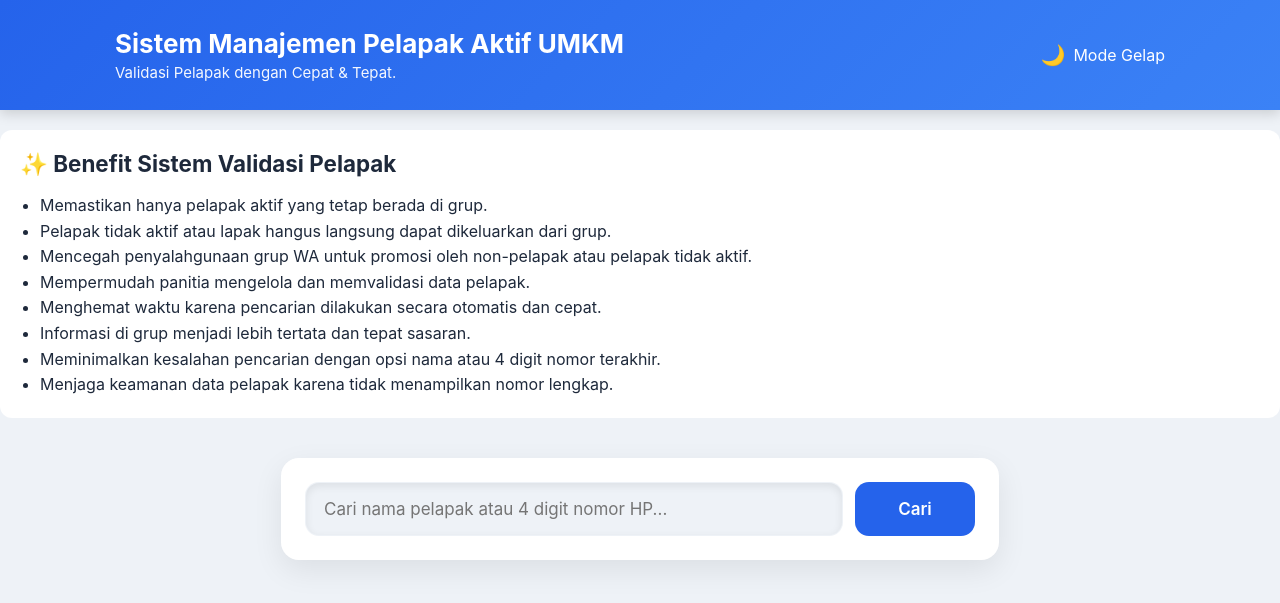
Repository: pasarrakyatbak/ceklapak
Page: index.html
The author's editor kept a copy of each file at every save. The page is drawn from the files as they stood at one save, then again after a run of saves.
The browser window is 1280 px wide. The pictures show the whole page.

Above is the page before, as saved 2025-11-19 06:45:17.

### index.html
<!DOCTYPE html>
<html lang="id">

<head>
    <meta charset="UTF-8" />
    <meta name="viewport" content="width=device-width, initial-scale=1.0" />
    <title>Pencarian Pelapak UMKM</title>
    <link rel="stylesheet" href="style.css" />
</head>

<body>
    <header>
        <div class="header-inner">
            <div class="header-text">
                <h1>Sistem Manajemen Pelapak Aktif UMKM</h1>
                <p class="desc">
                    Validasi Pelapak dengan Cepat & Tepat.
                </p>
            </div>

            <div class="controls">
                <label class="theme-toggle" aria-label="Toggle dark mode">
                    <input id="themeToggle" type="checkbox" />
                    <span class="toggle-icon">🌙</span>
                    <span class="toggle-text">Mode Gelap</span>
                </label>
            </div>
        </div>
    </header>
    <section class="benefit-section">
        <h2>✨ Benefit Sistem Validasi Pelapak</h2>
        <ul class="benefit-list">
            <li>Memastikan hanya pelapak aktif yang tetap berada di grup.</li>
            <li>Pelapak tidak aktif atau lapak hangus langsung dapat dikeluarkan dari grup.</li>
            <li>Mencegah penyalahgunaan grup WA untuk promosi oleh non-pelapak atau pelapak tidak aktif.</li>
            <li>Mempermudah panitia mengelola dan memvalidasi data pelapak.</li>
            <li>Menghemat waktu karena pencarian dilakukan secara otomatis dan cepat.</li>
            <li>Informasi di grup menjadi lebih tertata dan tepat sasaran.</li>
            <li>Meminimalkan kesalahan pencarian dengan opsi nama atau 4 digit nomor terakhir.</li>
            <li>Menjaga keamanan data pelapak karena tidak menampilkan nomor lengkap.</li>
        </ul>
    </section>

    <main>
        <section class="search-card">
            <div class="search-box">
                <input type="text" id="queryInput" placeholder="Cari nama pelapak atau 4 digit nomor HP..."
                    autocomplete="off" aria-label="Kolom pencarian pelapak" />
                <button id="searchBtn" aria-label="Tombol cari pelapak">Cari</button>
            </div>
        </section>

        <!-- RESULT BOX -->
        <section>
            <div id="resultBox" class="result-box hidden" role="region" aria-live="polite"></div>
        </section>

        <!-- LOADING SPINNER -->
        <div id="loader" class="loader hidden" aria-hidden="true"></div>

        <!-- SKELETON LOADING -->
        <div id="skeletonBox" class="skeleton-box hidden" aria-hidden="true">
            <div class="skeleton-item"></div>
            <div class="skeleton-item"></div>
            <div class="skeleton-item"></div>
        </div>
    </main>

    <script src="app.js"></script>
</body>

</html>

### style.css
/* === Color variables === */
:root {
    --bg: #eef2f7;
    --card: #ffffff;
    --text: #1e293b;
    --muted: #64748b;
    --primary: #2563eb;
    --primary-light: #3b82f6;
    --shadow: rgba(0, 0, 0, 0.08);

    --font-lg: 17px;
    --font-base: 16px;
    --font-sm: 14px;
}

body.dark {
    --bg: #0d1117;
    --card: #161b22;
    --text: #e5e7eb;
    --muted: #9ca3af;
    --primary: #3b82f6;
    --primary-light: #60a5fa;
    --shadow: rgba(0, 0, 0, 0.45);
}

/* === Base === */
* {
    margin: 0;
    padding: 0;
    box-sizing: border-box;
    font-family: "Inter", system-ui, sans-serif;
}

body {
    background: var(--bg);
    color: var(--text);
    transition: 0.3s ease;
    padding-bottom: 40px;
}

/* === Header === */
header {
    background: linear-gradient(135deg, var(--primary), var(--primary-light));
    padding: 28px 20px;
    color: white;
    box-shadow: 0 4px 12px rgba(0, 0, 0, 0.15);
}

.header-inner {
    max-width: 1050px;
    margin: auto;
    display: flex;
    justify-content: space-between;
    align-items: center;
}

header h1 {
    font-size: 26px;
    font-weight: 700;
}

.desc {
    font-size: 15px;
    opacity: 0.95;
    margin-top: 4px;
}

/* === Dark mode toggle === */
.theme-toggle {
    display: flex;
    align-items: center;
    gap: 8px;
    cursor: pointer;
    user-select: none;
}

.theme-toggle input {
    display: none;
}

.toggle-icon {
    font-size: 20px;
}

.toggle-text {
    font-size: 16px;
}

/* === Search Card === */
main {
    max-width: 750px;
    margin: 40px auto;
    padding: 0 16px;
}

.search-card {
    background: var(--card);
    padding: 24px;
    border-radius: 18px;
    box-shadow: 0 10px 30px var(--shadow);
    backdrop-filter: blur(4px);
}

/* search box */
.search-box {
    display: flex;
    gap: 12px;
}

.search-box input {
    flex: 1;
    padding: 16px 18px;
    border-radius: 14px;
    border: 1px solid transparent;
    background: var(--bg);
    color: var(--text);
    font-size: 17px;
    box-shadow: inset 0 3px 8px var(--shadow);
    transition: 0.2s;
}

.search-box input:focus {
    border-color: var(--primary);
    outline: none;
}

.search-box button {
    padding: 16px 20px;
    background: var(--primary);
    color: white;
    font-size: 17px;
    font-weight: 600;
    border: none;
    border-radius: 14px;
    cursor: pointer;
    transition: 0.2s;
    min-width: 120px;
}

.search-box button:hover {
    background: var(--primary-light);
    transform: translateY(-2px);
}

/* === Result Box === */
.result-box {
    margin-top: 28px;
}

/* result card improved */
.result-item {
    background: var(--card);
    padding: 22px;
    margin-bottom: 16px;
    border-radius: 16px;
    box-shadow: 0 6px 18px var(--shadow);
    border-left: 6px solid var(--primary);
    transition: 0.2s ease;
}

.result-item:hover {
    transform: translateY(-3px);
}

.result-item strong {
    color: var(--primary);
    font-size: 18px;
}

.result-item div {
    font-size: 17px;
    margin-bottom: 6px;
}

.small {
    margin-top: 6px;
    font-size: 15px;
    color: var(--muted);
}

.benefit-section {
    margin: 20px 0;
    padding: 20px;
    background: var(--card);
    border-radius: 12px;
    box-shadow: var(--shadow);
}

.benefit-section h2 {
    margin-bottom: 15px;
    font-size: 1.4rem;
}

.benefit-list {
    list-style: disc;
    margin-left: 20px;
    line-height: 1.6;
}

/* === BADGE STYLING === */
.badge {
    display: inline-block;
    padding: 6px 12px;
    border-radius: 10px;
    font-size: 15px;
    font-weight: 600;
    margin-left: 6px;
    color: white;
}

/* Light Mode Colors */
body:not(.dark) .badge-name {
    background: #1e40af;
    /* blue-800 */
}

body:not(.dark) .badge-wa {
    background: #166534;
    /* green-800 */
}

body:not(.dark) .badge-lapak {
    background: #334155;
    /* slate-700 */
}

/* Dark Mode Colors – dibuat sedikit lebih terang agar tetap terlihat */
body.dark .badge-name {
    background: #3b82f6;
    /* blue-500 */
}

body.dark .badge-wa {
    background: #22c55e;
    /* green-500 */
}

body.dark .badge-lapak {
    background: #64748b;
    /* slate-500 */
}

/* === Skeleton Loader === */
.skeleton-box {
    margin-top: 25px;
}

.skeleton-item {
    height: 90px;
    background: linear-gradient(90deg,
            var(--card) 0%,
            var(--bg) 50%,
            var(--card) 100%);
    background-size: 200% 100%;
    border-radius: 16px;
    margin-bottom: 16px;
    animation: shimmer 1.4s infinite;
}

@keyframes shimmer {
    0% {
        background-position: -200% 0;
    }

    100% {
        background-position: 200% 0;
    }
}

/* === Loader === */
.loader {
    width: 42px;
    height: 42px;
    border: 4px solid transparent;
    border-top-color: var(--primary);
    border-right-color: var(--primary-light);
    border-radius: 50%;
    animation: spin 0.75s linear infinite;
    margin: 28px auto;
}

@keyframes spin {
    to {
        transform: rotate(360deg);
    }
}

.hidden {
    display: none !important;
    opacity: 0 !important;
}


/* === Responsive (tablet + mobile) === */
@media (max-width: 768px) {
    header h1 {
        font-size: 22px;
    }

    .search-card {
        padding: 20px;
    }

    .result-item {
        padding: 20px;
    }

    .result-item strong {
        font-size: 17px;
    }
}

@media (max-width: 480px) {

    .header-inner {
        flex-direction: column;
        align-items: flex-start;
        gap: 12px;
    }

    .search-box {
        flex-direction: column;
    }

    .search-box input,
    .search-box button {
        width: 100%;
        font-size: 16px;
    }

    .result-item div {
        font-size: 16px;
    }

    .result-item strong {
        font-size: 17px;
    }
}

### app.js
// === CONFIG ===
const API_URL = "https://script.google.com/macros/s/AKfycby4z2qZ24SrJkcyGpybH29lSUC_3_z1LG-7wSmTzpaOEXrwjXf0Cl3hqkg95qAxPj1-/exec";

// DOM
const searchBtn = document.getElementById("searchBtn");
const queryInput = document.getElementById("queryInput");
const resultBox = document.getElementById("resultBox");
const themeToggle = document.getElementById("themeToggle");
const toggleText = document.querySelector(".toggle-text");
const toggleIcon = document.querySelector(".toggle-icon");
const skeletonBox = document.getElementById("skeletonBox");
const loader = document.getElementById("loader");

// Load saved theme
if (localStorage.getItem("theme") === "dark") {
    document.body.classList.add("dark");
    themeToggle.checked = true;
    toggleText.textContent = "Mode Terang";
    toggleIcon.textContent = "☀️";
}

themeToggle.addEventListener("change", () => {
    if (themeToggle.checked) {
        document.body.classList.add("dark");
        toggleText.textContent = "Mode Terang";
        toggleIcon.textContent = "☀️";
        localStorage.setItem("theme", "dark");
    } else {
        document.body.classList.remove("dark");
        toggleText.textContent = "Mode Gelap";
        toggleIcon.textContent = "🌙";
        localStorage.setItem("theme", "light");
    }
});
// Search
searchBtn.addEventListener("click", searchData);
queryInput.addEventListener("keypress", e => e.key === "Enter" && searchData());

// Clean
function cleanNumber(input) {
    return input.replace(/\s|\.|-|\(|\)|\+/g, "");
}

function normalizePhone(phone) {
    if (!phone) return "";
    const digits = phone.replace(/[^0-9]/g, "");
    if (!digits) return "";
    if (digits.startsWith("0")) return digits;
    return "0" + digits;
}

// Main search
function searchData() {
    const raw = queryInput.value.trim();

    // Jika input kosong → matikan loader & skeleton
    if (!raw) {
        hideSkeleton();
        hideLoader();
        return renderError("Masukkan nama atau angka.");
    }

    showSkeleton();
    showLoader();

    const onlyDigits = cleanNumber(raw);
    const is4 = /^\d{4}$/.test(onlyDigits);
    const q = is4 ? onlyDigits : raw.toLowerCase();

    fetch(`${API_URL}?q=${encodeURIComponent(q)}`)
        .then(res => res.json())
        .then(data => {
            hideSkeleton();
            hideLoader();

            if (!data || data.status === "error")
                return renderError(data?.pesan || "Tidak ditemukan.");

            const normalized = (data.hasil || []).map(item => ({
                nama: item.nama,
                nomor_whatsapp: normalizePhone(item.nomor_whatsapp || ""),
                nomor_lapak: item.nomor_lapak || "Tidak ada",
                baris: item.baris
            }));

            renderResults(normalized);
        })
        .catch(() => {
            hideSkeleton();
            hideLoader();
            renderError("Server tidak merespon.");
        });
}


function renderResults(results) {
    resultBox.classList.remove("hidden");

    if (!results.length) {
        resultBox.innerHTML = `<p class="empty">Tidak ada hasil.</p>`;
        return;
    }

    let html = "";
    results.forEach(r => {
        html += `
<div class="result-item">
    <div><strong>Nama:</strong>
        <span class="badge badge-name">${escape(r.nama)}</span>
    </div>

    <div><strong>Nomor WhatsApp:</strong>
        <span class="badge badge-wa">${escape(r.nomor_whatsapp)}</span>
    </div>

    <div class="small"><strong>Nomor Lapak:</strong>
        <span class="badge badge-lapak">${escape(r.nomor_lapak)}</span>
    </div>
</div>`;
    });

    resultBox.innerHTML = html;
}

function renderError(msg) {
    resultBox.classList.remove("hidden");
    resultBox.innerHTML = `<p style="color:var(--primary);font-weight:600">${escape(msg)}</p>`;
}

function escape(s) {
    return String(s || "—")
        .replace(/&/g, "&amp;")
        .replace(/</g, "&lt;")
        .replace(/>/g, "&gt;");
}

function showSkeleton() {
    skeletonBox.classList.remove("hidden");
    resultBox.classList.add("hidden");
}

function hideSkeleton() {
    skeletonBox.classList.add("hidden");
}

function showLoader() {
    loader.classList.remove("hidden");
    resultBox.classList.add("hidden");
}

function hideLoader() {
    loader.classList.add("hidden");
}

After the next 2 saves:
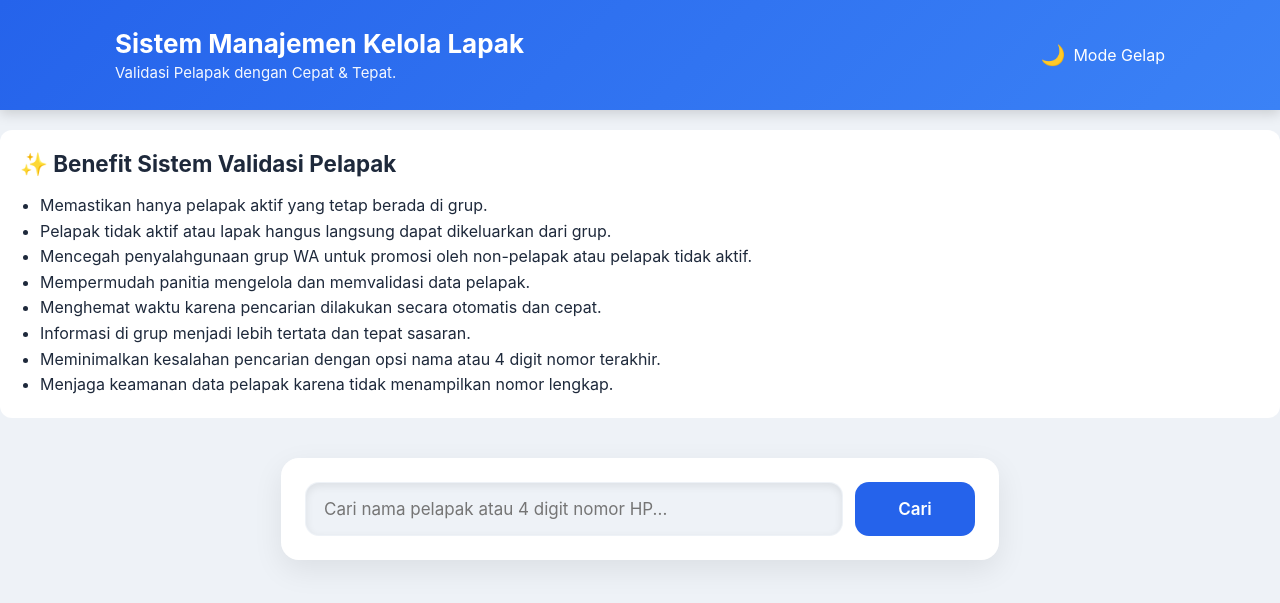
The 2 saves are shown as one change because they came seconds apart.
The last was saved 3 min 51 s later.
--- a/index.html
+++ b/index.html
@@ -12,7 +12,7 @@
     <header>
         <div class="header-inner">
             <div class="header-text">
-                <h1>Sistem Manajemen Pelapak Aktif UMKM</h1>
+                <h1>Sistem Manajemen Kelola Lapak</h1>
                 <p class="desc">
                     Validasi Pelapak dengan Cepat & Tepat.
                 </p>
